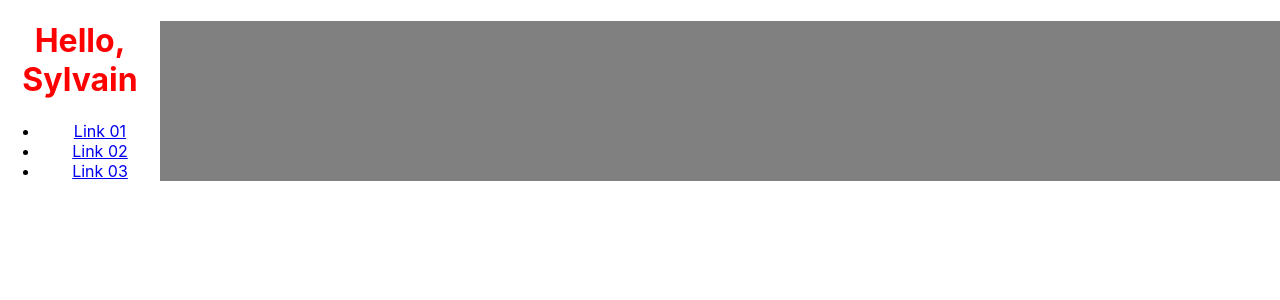
Repository: sylvainJacot/JS_Studio_2019
Page: /
These files come from the project's save history. The page is drawn as it stood at one moment and after the next save; the edit follows.
The browser window is 1280 px wide. The pictures show the whole page.
The project was rebuilt for these pictures with package versions that can differ from the ones it lists, and the page was loaded fresh each time.

Above is the page before, as saved 2019-05-31 18:08:54.

After the next save:
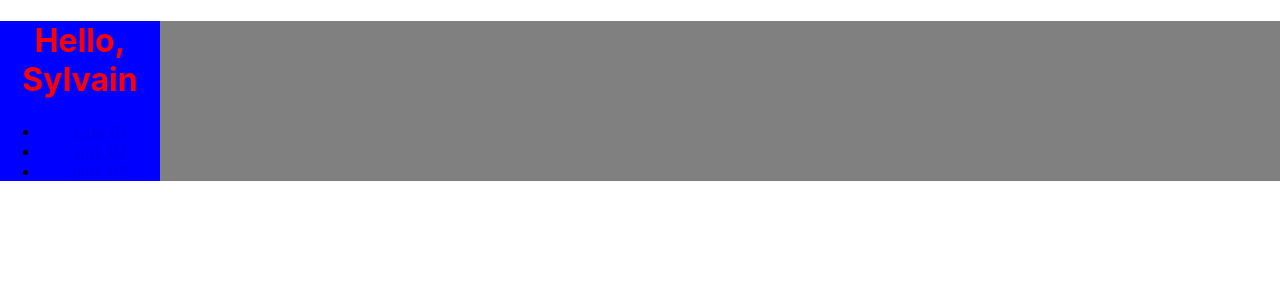
Saved 5 s later.
--- a/src/components/header.js
+++ b/src/components/header.js
@@ -6,7 +6,7 @@
 // Stylesheet
 
 const HeaderContainer = styled.div`
-  background-color: ${color.white};
+  background-color: ${color.blue};
   width: 160px;
   height: 100%;
 `;
